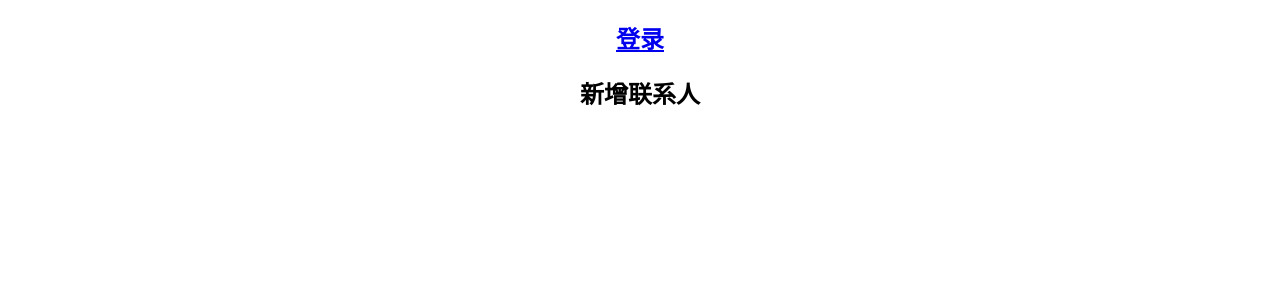
Repository: liujianbo2017/zuoye
Page: http://localhost/demo/
These files come from the project's save history. The page is drawn as it stood at one moment and after the next save; the edit follows.
The browser window is 1280 px wide. The pictures show the whole page.
The page is served by Tomcat 9. Other server files are loaded and not shown.

Above is the page before, as saved 2017-10-08 08:42:13.

### demo/WebContent/index.jsp
<%@ page language="java" contentType="text/html; charset=UTF-8"
    pageEncoding="UTF-8"%>
<!DOCTYPE html PUBLIC "-//W3C//DTD HTML 4.01 Transitional//EN" "http://www.w3.org/TR/html4/loose.dtd">
<html>
<head>
<meta http-equiv="Content-Type" content="text/html; charset=UTF-8">
<title>Insert title here</title>
</head>
<body>
	<center>
			<h2>
				<a href="login.jsp">登录</a>
			</h2>
			<h2>
				<a herf="linkman_save.jsp">新增联系人</a>
			</h2>
	</center>
</body>
</html>

After the next save:
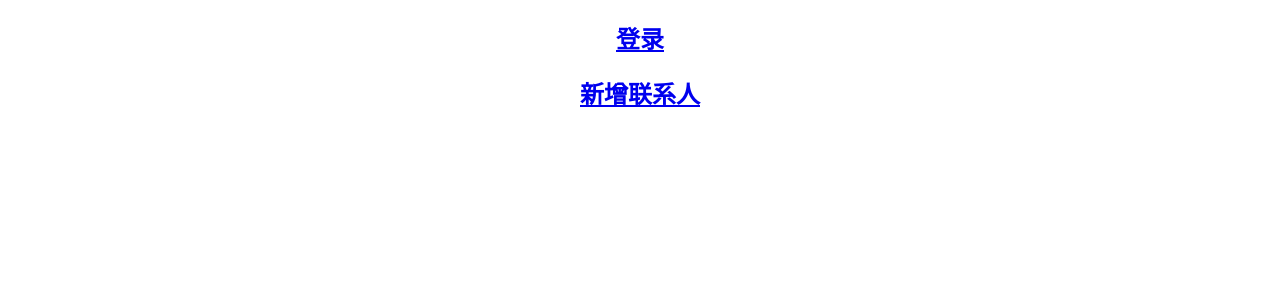
Saved 32 s later.
--- a/demo/WebContent/index.jsp
+++ b/demo/WebContent/index.jsp
@@ -12,7 +12,7 @@
 				<a href="login.jsp">登录</a>
 			</h2>
 			<h2>
-				<a herf="linkman_save.jsp">新增联系人</a>
+				<a href="linkman_save.jsp">新增联系人</a>
 			</h2>
 	</center>
 </body>
